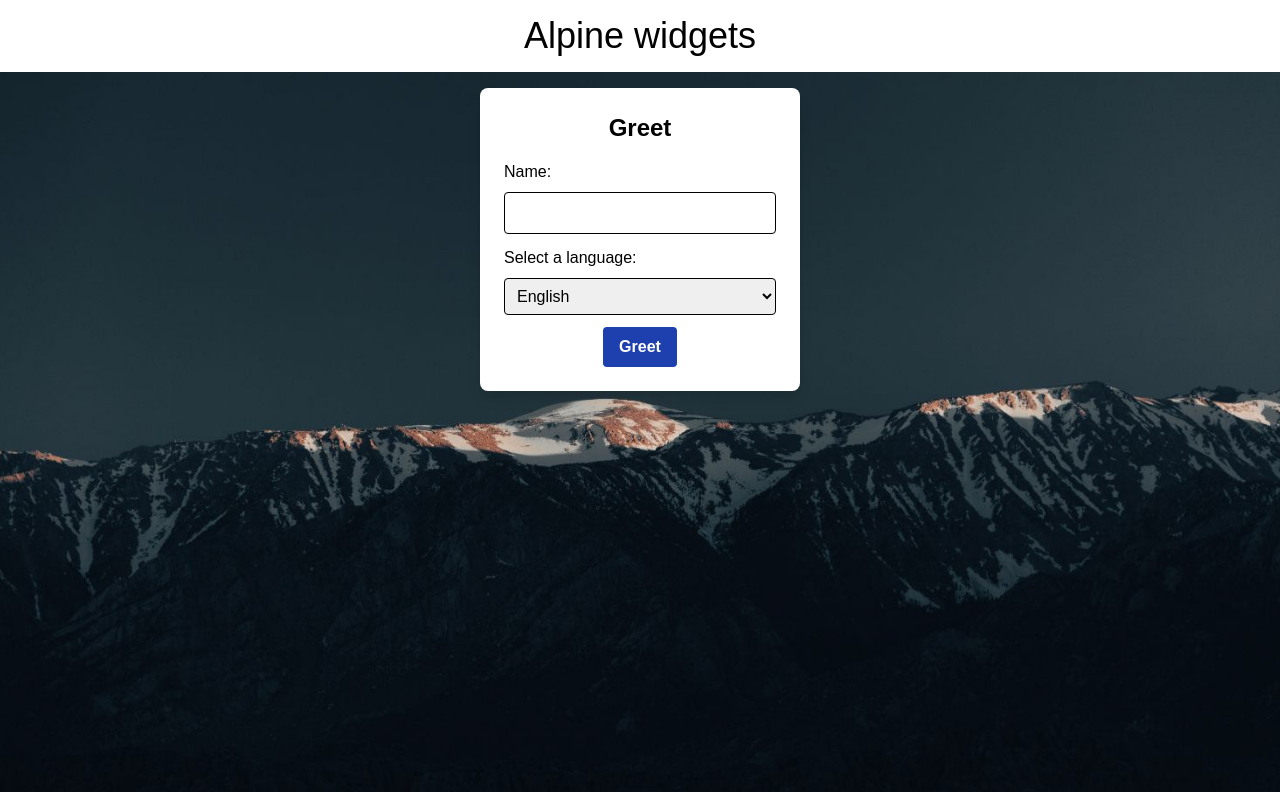
Repository: lasity34/alpine-bootcamp-widgets
Page: index.html
An editor plug-in stored every save of this project. The page is shown before and after the next save, followed by the edit.
The browser window is 1280 px wide. The pictures show the whole page.
Some web fonts or font styles are not loaded; a fallback is used. Some web libraries are served in a nearby version.

Above is the page before, as saved 2023-07-12 11:59:12.

After the next save:
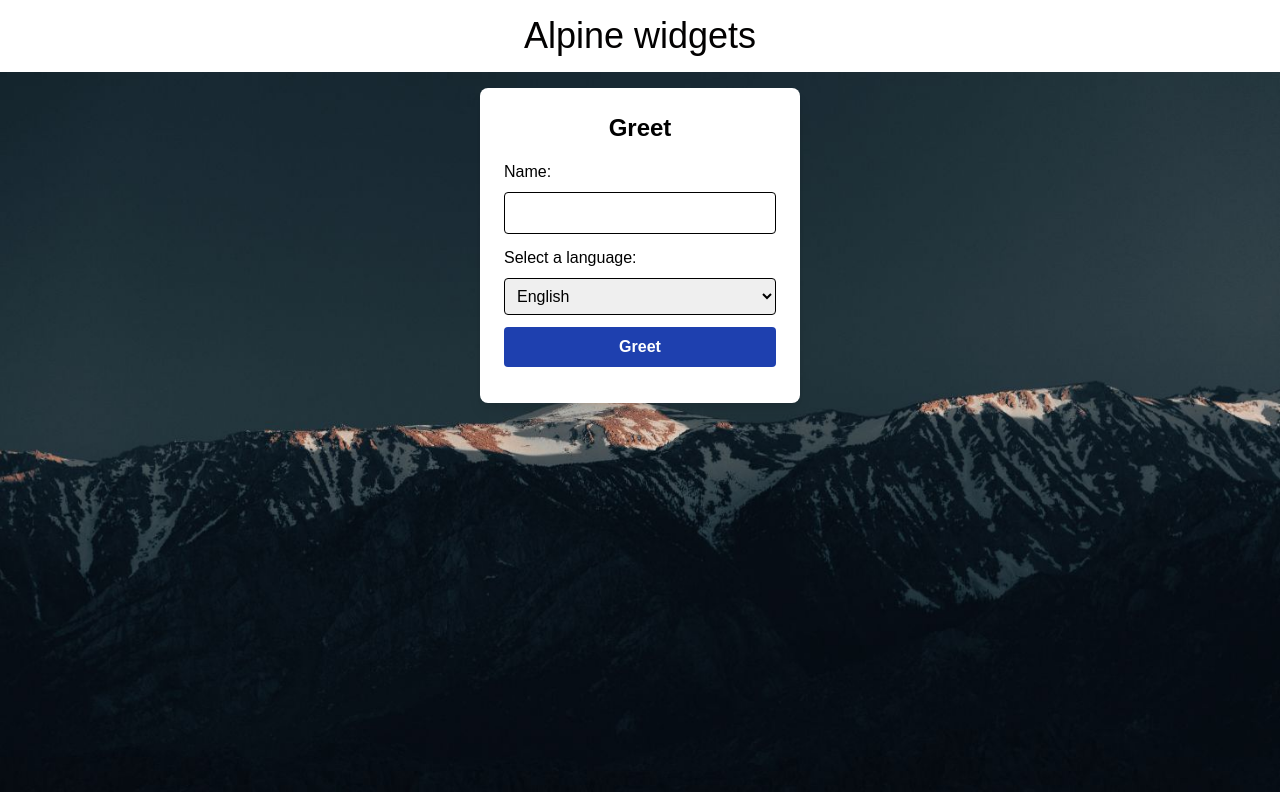
Saved 10 s later.
--- a/index.html
+++ b/index.html
@@ -42,7 +42,7 @@
             <option>French</option>
             <option>Spanish</option>
           </select>
-          <div class="flex justify-center">
+          <div class="flex justify-center flex-col">
             <button
               @click="greeting()"
               class="text-center mt-3 bg-blue-800 hover:bg-blue-900 text-white font-bold py-2 px-4 rounded"
